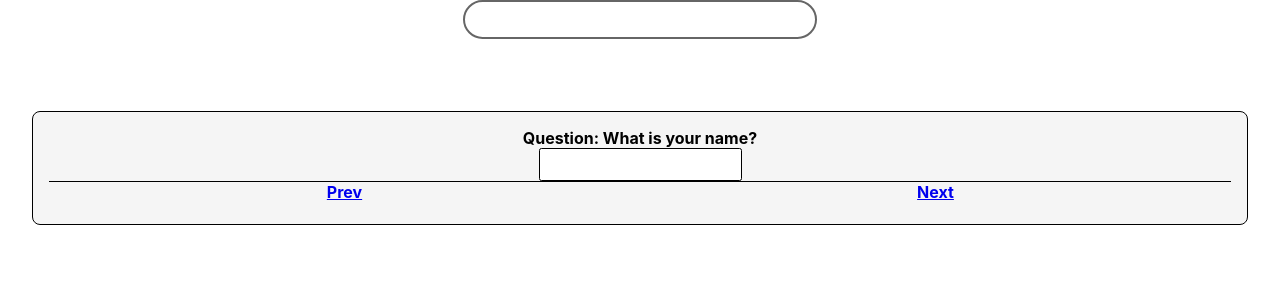
Repository: TheRungtaLibrary/survey
Page: /
These files come from the project's save history. The page is drawn as it stood at one moment and after the next save; the edit follows.
The browser window is 1280 px wide. The pictures show the whole page.
The project was rebuilt for these pictures with package versions that can differ from the ones it lists, and the page was loaded fresh each time. Also part of the build but not shown: src/App.css, src/components/Steps/Step2/Step2.js, src/components/Steps/Step3/Step3.js, src/components/Steps/Summary/Summary.scss, src/components/Steps/Summary/Summary.js.

Above is the page before, as saved 2020-03-19 09:04:09.

### src/App.js
import React from 'react';
import {
  BrowserRouter as Router,
  Switch,
  Route
} from "react-router-dom";
import "./App.css";
import {SurveyProvider} from "./contexts/SurveyContext";
import Steps from "./components/Steps/Steps";
import { ProgressBarContainer } from "./components/ProgressBarContainer/ProgressBarContainer";
//import NavigationFooter from "./components/NavigationFooter/NavigationFooter";


function App() {
  return (
    <div className="app">
      <Router>
        <Switch>
          <Route path="/">
            <SurveyProvider>
              <ProgressBarContainer />
              <Steps />
            </SurveyProvider>
          </Route>
        </Switch>
      </Router>
    </div>
  );

}

export default App;

### src/contexts/SurveyContext.js
import React from "react";
import { useHistory } from "react-router-dom";
import { useStateWithLocalStorage } from "../utils/useStateWithLocalStorage";
const SurveyContext = React.createContext(null);
export const SurveyConsumer = SurveyContext.Consumer;

export function SurveyProvider({children}) {
    const [info, setInfo] = useStateWithLocalStorage("formData");
    let [currentStep, setCurrentStep] = useStateWithLocalStorage("step");
    const history = useHistory();
    const len = 3;

    React.useEffect(() => {
        if(info.length === len) {
            history.push("/steps/summary");
        }
      }, [info]);

    const setSurveyData = (dataObj)  => {
        setInfo([...info, ...dataObj]);
        setCurrentStep(++currentStep);
    }

    const getSurveyData = () => {
        return localStorage.getItem('formData');
    };

    const decreaseSurveyStep = ()  => {
        setCurrentStep(--currentStep);
    }

    const increaseSurveyStep = () => {
        setCurrentStep(++currentStep);
    };

    const getCurrentStep = () => {
        return currentStep;
    };

    const surveyContextValue = {
        getSurveyData,
        setSurveyData,
        increaseSurveyStep,
        decreaseSurveyStep,
        getCurrentStep,
        currentStep
    }

    return (
        <SurveyContext.Provider value={surveyContextValue}>
			{children}
		</SurveyContext.Provider>
    );
}

export default SurveyContext;

### src/components/Steps/Steps.js
import React from 'react';
import {BrowserRouter as Router, Route, Switch} from 'react-router-dom';
import Step1 from './Step1/Step1';
import Step2 from './Step2/Step2';
import Step3 from './Step3/Step3';
import Summary from './Summary/Summary';

/**
* This is the functional component for Home
* @constructor
*/
function Steps(){

	return (
		<Router>
			<div>
                <Switch>
                    <Route exact path='/' component={Step1} />
                    <Route exact path="/steps/2" component={Step2} />
                    <Route exact path="/steps/3" component={Step3} />
                    <Route exact path="/steps/summary" component={Summary} />
                </Switch>
			</div>
		</Router>
	);
}

export default Steps;

### src/components/ProgressBarContainer/ProgressBarContainer.js
import React, {useState, useEffect} from 'react';
import './ProgressBarContainer.css';
import { SurveyConsumer } from "../../contexts/SurveyContext";

// pass percentRange state through props to Range an ProgressBar components
const Range = (props) => {
    return (
        // render current the filled range of progress bar along its width
        <div className="range" style={{width: `${props.percentRange}%`}}/>
    );
};

const ProgressBar = (props) => {
  return (
      <div className="progress-bar">
          {/*render available progress bar’s limit*/}
          <Range percentRange={props.percentRange}/>
      </div>
  );
};


function EffectedFn() {
    const [loading, setLoading] = useState(true);

    useEffect(() => {
      setTimeout(() => {
        setLoading(false);
      }, 1000 * 10);
    });

    return (
      <div>
        {loading && <span>Loading...</span>}
        {!loading && <span>All Done!</span>}
      </div>
    );
  }

export const ProgressBarContainer = () => {
  let [percentRange, setProgress] = useState(0);

  return (

    <SurveyConsumer>
    {({currentStep}) =>
      <div className="container">
        <ProgressBar percentRange={currentStep * 20}/>
        {/* <div className="toggle-buttons">
            <button onClick={() => setProgress(percentRange > 0 ?
                percentRange - 20 : 0)}>Decrease
            </button>
            <button onClick={() => setProgress(percentRange < 100 ?
              percentRange + 20 : 100)}>Increase
            </button>
            <button onClick={() => setProgress(0)}>Reset</button>
        </div> */}
    </div>
    }
  </SurveyConsumer>


  );
};

### src/utils/useStateWithLocalStorage.js
import React from 'react';

export const useStateWithLocalStorage = localStorageKey => {
  const [value, setValue] = React.useState(
    () => JSON.parse(window.localStorage.getItem(localStorageKey)) || ""
  );

  React.useEffect(() => {
    window.localStorage.setItem(localStorageKey, JSON.stringify(value));
  }, [localStorageKey, value]);

  return [value, setValue];
};

### src/components/Steps/Step1/Step1.js
import React from 'react';
import {Link} from 'react-router-dom';
import './Step1.scss'
import SurveyContext from '../../../contexts/SurveyContext';

/**
 * Calculator component
 */
const Step1 = () => {
  const [name, setName] = React.useState("");
  const surveyContext = React.useContext(SurveyContext);

  /**
   * Handler for submit event for calculator form
   * @param {Event} event
   */
  const onSubmit = () => {
    /**
     * Pass Url to aync data loader in context provider
     */
    surveyContext.setSurveyData([{'name':name}])
  }

  const onPrev = () => {
    surveyContext.decreaseSurveyStep();
  }

    return (
      <form onSubmit={onSubmit} className="input-container panel">
        <label>Question: What is your name?</label>
        <input type="text" onChange={e => {setName(e.target.value)}} required/>
        <div className="nav-footer">
          <div>
          <Link to="/steps/0" onClick={onPrev}>Prev</Link>
          </div>
          <div>
            <Link to="/steps/2" onClick={onSubmit}>Next</Link>
          </div>
        </div>
      </form>
    );
}

export default Step1;

### src/components/ProgressBarContainer/ProgressBarContainer.css


.container {
    display: flex;
    justify-content: center;
    align-items: center;
    flex-direction: column;
    width: 100%;
    height: auto;
}

.progress-bar {
    width: 350px;
    height: 35px;
    border-radius: 50px;
    border: 2px solid #666;
    margin-bottom: 40px;
}

.range {
    background: limegreen;
    height: 100%;
    border-radius: inherit;
    transition: width .3s ease-in;
}

.toggle-buttons button {
    margin: 0 10px;
    padding: 7px 20px;
    border-radius: 5px;
    outline: 0;
    cursor: pointer;
}

.toggle-buttons button:hover {
    color: white;
    background: #666;
}

### src/components/Steps/Step1/Step1.scss
.panel {
    background-color: hsl(0, 0%, 95%);
    border-radius: .5rem;
    height: 5rem;
    border: solid 1px black;
    padding: 2rem;
    margin: 2rem;
    background: #f5f5f5;
    font-weight: bold;
    align-items: center;
  }

.input-container{
  display: flex;
  flex-direction: column;
  text-align: center;
}

.input-container input{
    padding: .5rem .75rem;
    border: solid 1px black;
    border-radius: .15rem;
    text-align: center;
}

.nav-footer {
  width: 100%;
  display: flex;
  border-top: solid 1px black;
  div {
    width: 50%;
  }
}

@media screen and (max-width: 580px) and (min-width: 375px) {
    .calculator-widget {
     display: flex;
     flex-flow: column nowrap;
     justify-content: space-around;
     align-items: center;
  }

  .panel{
    height: 10rem;
  }
}

### src/components/Steps/Step2/Step2.scss
.calculator-widget{
    display: flex;
    flex-direction: row nowrap;
}

.panel {
    background-color: hsl(0, 0%, 95%);
    border-radius: .5rem;
    height: 5rem;
    border: solid 1px black;
    padding: 2rem;
    margin: 2rem;
    background: #f5f5f5;
    font-weight: bold;
    align-items: center;
  }

.input-container{
    flex-grow:1;
    padding: 1rem;
    text-align: center;
}

.input-container input{
    padding: .5rem .75rem;
    border: solid 1px black;
    border-radius: .15rem;
    text-align: center;
}

@media screen and (max-width: 580px) and (min-width: 375px) {
    .calculator-widget {
     display: flex;
     flex-flow: column nowrap;
     justify-content: space-around;
     align-items: center;
  }

  .panel{
    height: 10rem;
  }
}

### src/components/Steps/Step3/Step3.scss
.calculator-widget{
    display: flex;
    flex-direction: row nowrap;
}

.panel {
    background-color: hsl(0, 0%, 95%);
    border-radius: .5rem;
    height: 5rem;
    border: solid 1px black;
    padding: 2rem;
    margin: 2rem;
    background: #f5f5f5;
    font-weight: bold;
    align-items: center;
  }

.input-container{
    flex-grow:1;
    padding: 1rem;
    text-align: center;
}

.input-container input{
    padding: .5rem .75rem;
    border: solid 1px black;
    border-radius: .15rem;
    text-align: center;
}

@media screen and (max-width: 580px) and (min-width: 375px) {
    .calculator-widget {
     display: flex;
     flex-flow: column nowrap;
     justify-content: space-around;
     align-items: center;
  }

  .panel{
    height: 10rem;
  }
}

Loaded but not shown: public/index.html (common file); src/index.js (common file); src/index.css (common file); src/serviceWorker.js (common file)

After the next save:
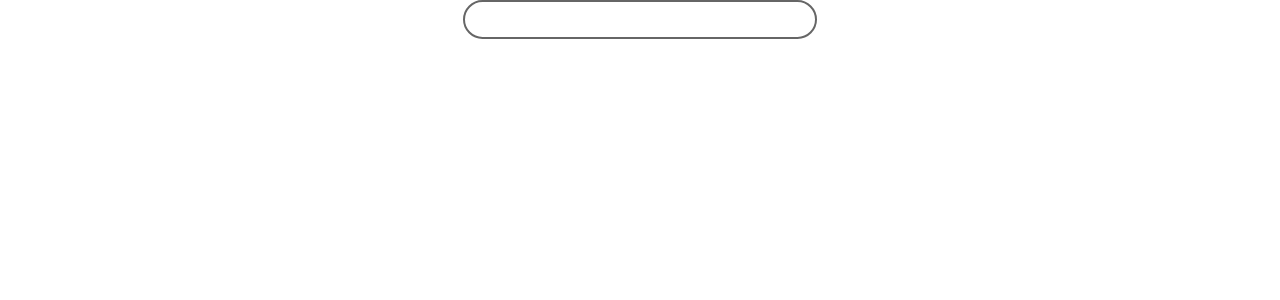
Saved 32 s later.
--- a/src/components/Steps/Steps.js
+++ b/src/components/Steps/Steps.js
@@ -15,7 +15,7 @@
 		<Router>
 			<div>
                 <Switch>
-                    <Route exact path='/' component={Step1} />
+                    <Route exact path='/steps/1' component={Step1} />
                     <Route exact path="/steps/2" component={Step2} />
                     <Route exact path="/steps/3" component={Step3} />
                     <Route exact path="/steps/summary" component={Summary} />

After the save that followed:
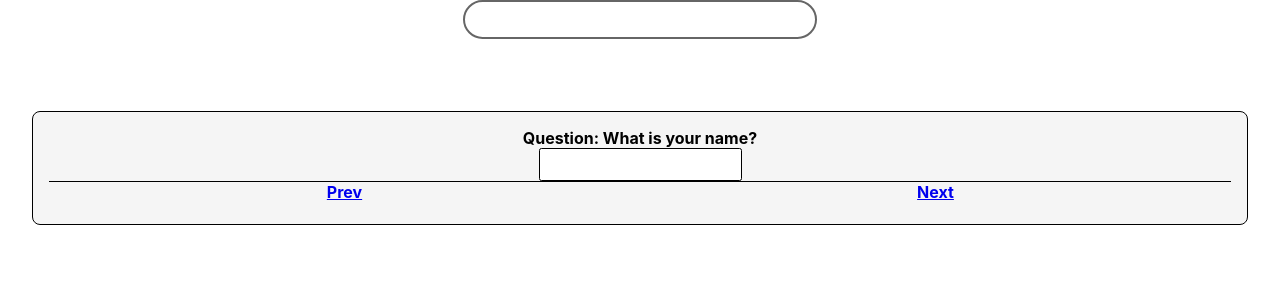
Saved 3 min 45 s later.
--- a/src/components/Steps/Steps.js
+++ b/src/components/Steps/Steps.js
@@ -15,6 +15,7 @@
 		<Router>
 			<div>
                 <Switch>
+                    <Route exact path='/' component={Step1} />
                     <Route exact path='/steps/1' component={Step1} />
                     <Route exact path="/steps/2" component={Step2} />
                     <Route exact path="/steps/3" component={Step3} />
